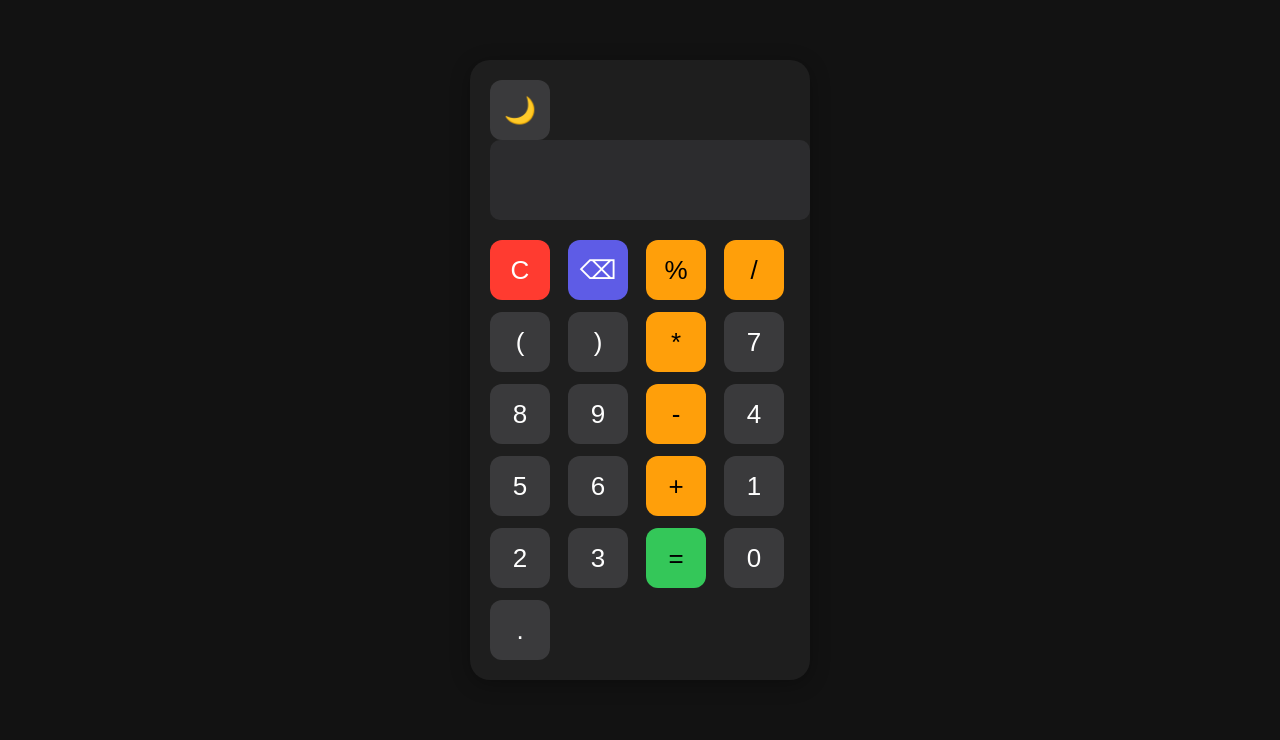
Repository: mahalakshmi-00/Calculator
Page: index.html
These files come from the project's save history. The page is drawn as it stood at one moment and after the next save; the edit follows.
The browser window is 1280 px wide. The pictures show the whole page.
Some web fonts or font styles are not loaded; a fallback is used.

Above is the page before, as saved 2025-05-01 21:23:09.

### index.html
<!DOCTYPE html>
<html lang="en">
<head>
  <meta charset="UTF-8">
  <meta name="viewport" content="width=device-width, initial-scale=1.0">
  <title>Calculator</title>
  <link href="https://fonts.googleapis.com/css2?family=SF+Pro+Display:wght@400;600&display=swap" rel="stylesheet">
  <link rel="stylesheet" href="style.css">
</head>
<body>
  <div class="container">
    <div class="calculator">
      <!-- Dark mode toggle button at the top right -->
      <button id="toggle-mode" class="toggle-mode">🌙</button>

      <input type="text" id="display" disabled>
      <div class="buttons">
        <button class="clear">C</button>
        <button class="backspace">⌫</button>
        <button class="operator">%</button>
        <button class="operator">/</button>

        <button class="parenthesis">(</button>
        <button class="parenthesis">)</button>
        <button class="operator">*</button>
        <button class="number">7</button>

        <button class="number">8</button>
        <button class="number">9</button>
        <button class="operator">-</button>

        <button class="number">4</button>
        <button class="number">5</button>
        <button class="number">6</button>
        <button class="operator">+</button>

        <button class="number">1</button>
        <button class="number">2</button>
        <button class="number">3</button>
        <button class="equals">=</button>

        <button class="number">0</button>
        <button class="decimal">.</button>
      </div>
    </div>
  </div>

  <script src="script.js"></script>
</body>
</html>

### style.css
@import url('https://fonts.googleapis.com/css2?family=SF+Pro+Display:wght@400;600&display=swap');

body {
  margin: 0;
  font-family: 'SF Pro Display', sans-serif;
  transition: background 0.3s, color 0.3s;
}

.container {
  display: flex;
  align-items: center;
  justify-content: center;
  height: 100vh;
  padding: 10px;
}

.calculator {
  width: 300px;
  padding: 20px;
  border-radius: 20px;
  box-shadow: 0 4px 20px rgba(0, 0, 0, 0.3);
  transition: background 0.3s;
}

#display {
  width: 100%;
  height: 60px;
  font-size: 32px;
  padding: 10px;
  text-align: right;
  border: none;
  border-radius: 10px;
  margin-bottom: 20px;
  background-color: #2c2c2e;
  color: white;
  transition: background 0.3s;
}

.buttons {
  display: grid;
  grid-template-columns: repeat(4, 1fr); /* 4 columns for buttons */
  gap: 12px;
}

button {
  padding: 20px;
  font-size: 24px;
  border: none;
  border-radius: 12px;
  cursor: pointer;
  text-align: center;
  display: flex;
  justify-content: center;
  align-items: center;
  transition: background-color 0.2s, color 0.2s;
  height: 60px;
  width: 60px;
}

button:focus {
  outline: none;
}

/* Light Mode */
body.light-mode {
  background-color: #f2f2f2;
  color: #000;
}

body.light-mode .calculator {
  background-color: #ffffff;
}

body.light-mode #display {
  background-color: #eeeeee;
  color: #000;
}

body.light-mode button {
  background-color: #dcdcdc;
  color: #000;
}

body.light-mode .operator {
  background-color: #ff9f0a;
  color: #000;
}

body.light-mode .equals {
  background-color: #34c759;
  color: #000;
}

body.light-mode .clear {
  background-color: #ff3b30;
  color: #fff;
}

body.light-mode .backspace {
  background-color: #5e5ce6;
  color: #fff;
}

/* Dark Mode */
body.dark-mode {
  background-color: #121212;
  color: #fff;
}

body.dark-mode .calculator {
  background-color: #1e1e1e;
}

body.dark-mode #display {
  background-color: #2c2c2e;
  color: white;
}

body.dark-mode button {
  background-color: #3a3a3c;
  color: white;
}

body.dark-mode .operator {
  background-color: #ff9f0a;
  color: #000;
}

body.dark-mode .equals {
  background-color: #34c759;
  color: #000;
}

body.dark-mode .clear {
  background-color: #ff3b30;
}

body.dark-mode .backspace {
  background-color: #5e5ce6;
}

/* Custom Grid Layout for Buttons */
.buttons {
  display: grid;
  grid-template-columns: repeat(4, 1fr);
  gap: 12px; /* Space between buttons */
}

/* Ensure buttons with text get equal space */
button {
  font-size: 26px;
  padding: 20px;
  min-width: 60px;
  height: 60px;
}

/* Styling for operator buttons */
button.operator {
  background-color: #ff9f0a;
}

button.equals {
  background-color: #34c759;
  color: white;
}

button.clear {
  background-color: #ff3b30;
  color: white;
}

button.backspace {
  background-color: #5e5ce6;
  color: white;
}

/* Custom Styling for Parentheses Buttons */
button.parentheses {
  font-size: 26px;
  padding: 18px;
  background-color: #5e5ce6;
  color: white;
  border-radius: 12px;
}

/* Mobile Responsiveness */
@media (max-width: 400px) {
  .calculator {
    width: 90%;
    padding: 15px;
  }

  button {
    padding: 18px;
    font-size: 22px;
  }

  #display {
    font-size: 30px;
  }
}

### script.js
const display = document.getElementById('display');
const buttons = document.querySelectorAll('.buttons button');
const toggleBtn = document.getElementById('toggle-mode');

let input = '';
let memory = 0;

function updateDisplay() {
  display.value = input;
}

// Allow only these characters from keyboard
const allowedKeys = /[0-9+\-*/.%()]/;

buttons.forEach(button => {
  button.addEventListener('click', () => {
    const val = button.textContent;

    if (val === 'C') {
      input = '';
    } else if (val === '⌫') {
      input = input.slice(0, -1);
    } else if (val === '=') {
      try {
        input = eval(input).toString();
      } catch {
        input = 'Error';
      }
    } else if (/^[0-9+\-*/.%()]+$/.test(val)) {
      input += val;
    } else if (val === 'M+') {
      memory = parseFloat(input);
    } else if (val === 'MR') {
      input = memory.toString();
    }

    updateDisplay();
  });
});

// 🧼 Keyboard validation
document.addEventListener('keydown', (e) => {
  if (allowedKeys.test(e.key)) {
    input += e.key;
  } else if (e.key === 'Backspace') {
    input = input.slice(0, -1);
  } else if (e.key === 'Enter') {
    try {
      input = eval(input).toString();
    } catch {
      input = 'Error';
    }
  } else if (e.key === 'Escape') {
    input = '';
  }

  updateDisplay();
});

// 🌗 Dark Mode Toggle
toggleBtn.addEventListener('click', () => {
  document.body.classList.toggle('dark-mode');
  document.body.classList.toggle('light-mode');

  if (document.body.classList.contains('light-mode')) {
    toggleBtn.textContent = '🌞';
  } else {
    toggleBtn.textContent = '🌙';
  }
});

// 🌓 Start in dark mode
document.body.classList.add('dark-mode');

After the next save:
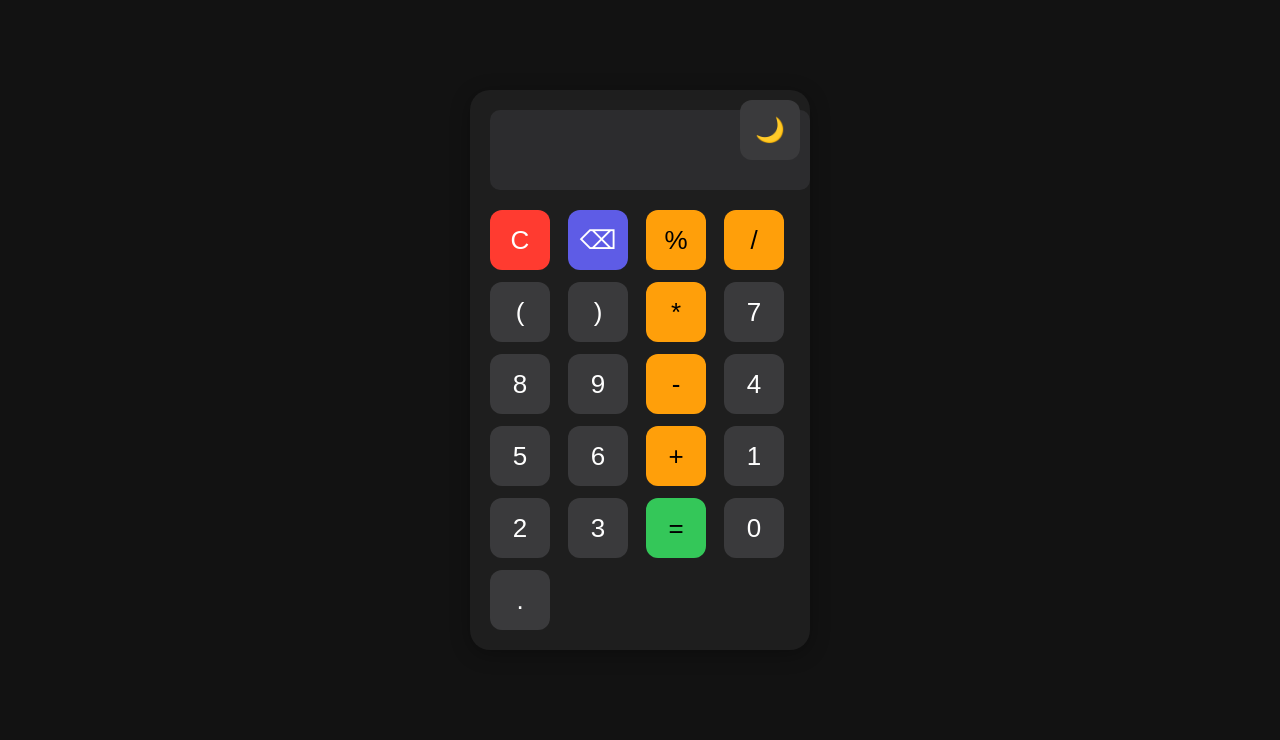
Saved 15 s later.
--- a/style.css
+++ b/style.css
@@ -15,6 +15,7 @@ body {
 }
 
 .calculator {
+  position: relative;
   width: 300px;
   padding: 20px;
   border-radius: 20px;
@@ -61,6 +62,18 @@ button:focus {
   outline: none;
 }
 
+/* Dark mode toggle position */
+.toggle-mode {
+  position: absolute;
+  top: 10px;
+  right: 10px;
+  background: none;
+  color: white;
+  border: none;
+  font-size: 24px;
+  cursor: pointer;
+}
+
 /* Light Mode */
 body.light-mode {
   background-color: #f2f2f2;
@@ -175,7 +188,7 @@ button.backspace {
 }
 
 /* Custom Styling for Parentheses Buttons */
-button.parentheses {
+button.parenthesis {
   font-size: 26px;
   padding: 18px;
   background-color: #5e5ce6;
